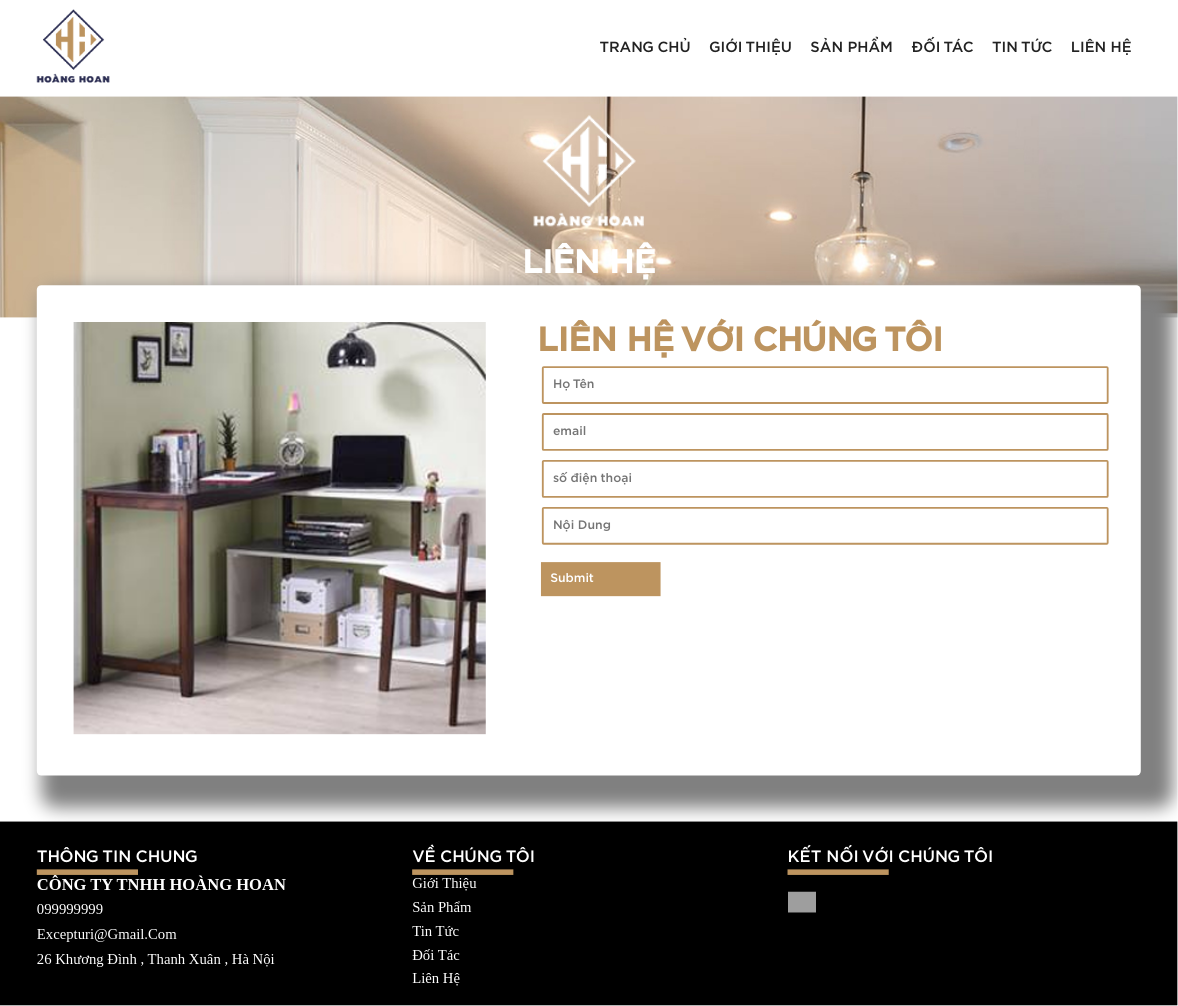
Repository: LDDUNG2003/prj_2
Page: /contact
An editor plug-in stored every save of this project. The page is shown before and after the next save, followed by the edit.
The browser window is 1280 px wide. The pictures show the whole page, at 92% of full size.
Pictures or frames that could not be fetched are drawn as grey boxes. The project was rebuilt for these pictures with package versions that can differ from the ones it lists, and the page was loaded fresh each time. Also part of the build but not shown: src/font-awesome/index.js, src/pages/home/setProductSlick/index.js, src/pages/home/index.js, src/pages/news/newsListItem/index.js, src/styles/css/news.css, src/pages/news/index.js, src/pages/notfoud/index.js.

Above is the page before, as saved 2023-09-22 10:08:03.

After the next save:
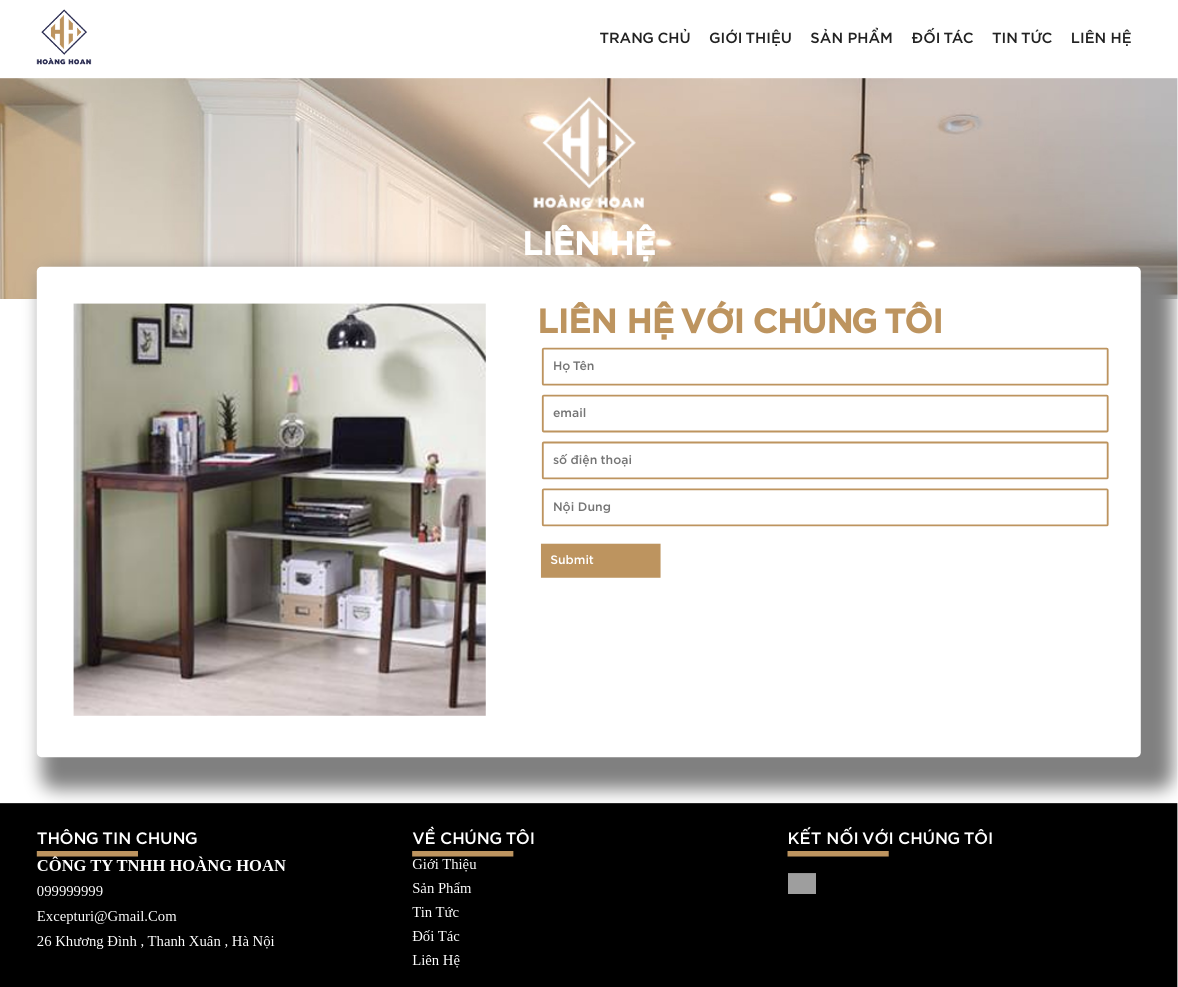
Saved 58 s later.
--- a/src/styles/css/base.css
+++ b/src/styles/css/base.css
@@ -36,7 +36,7 @@
 }
 
 .logo {
-    height: 80px;
+    height: 60px;
 }
 
 .navBar__list {
